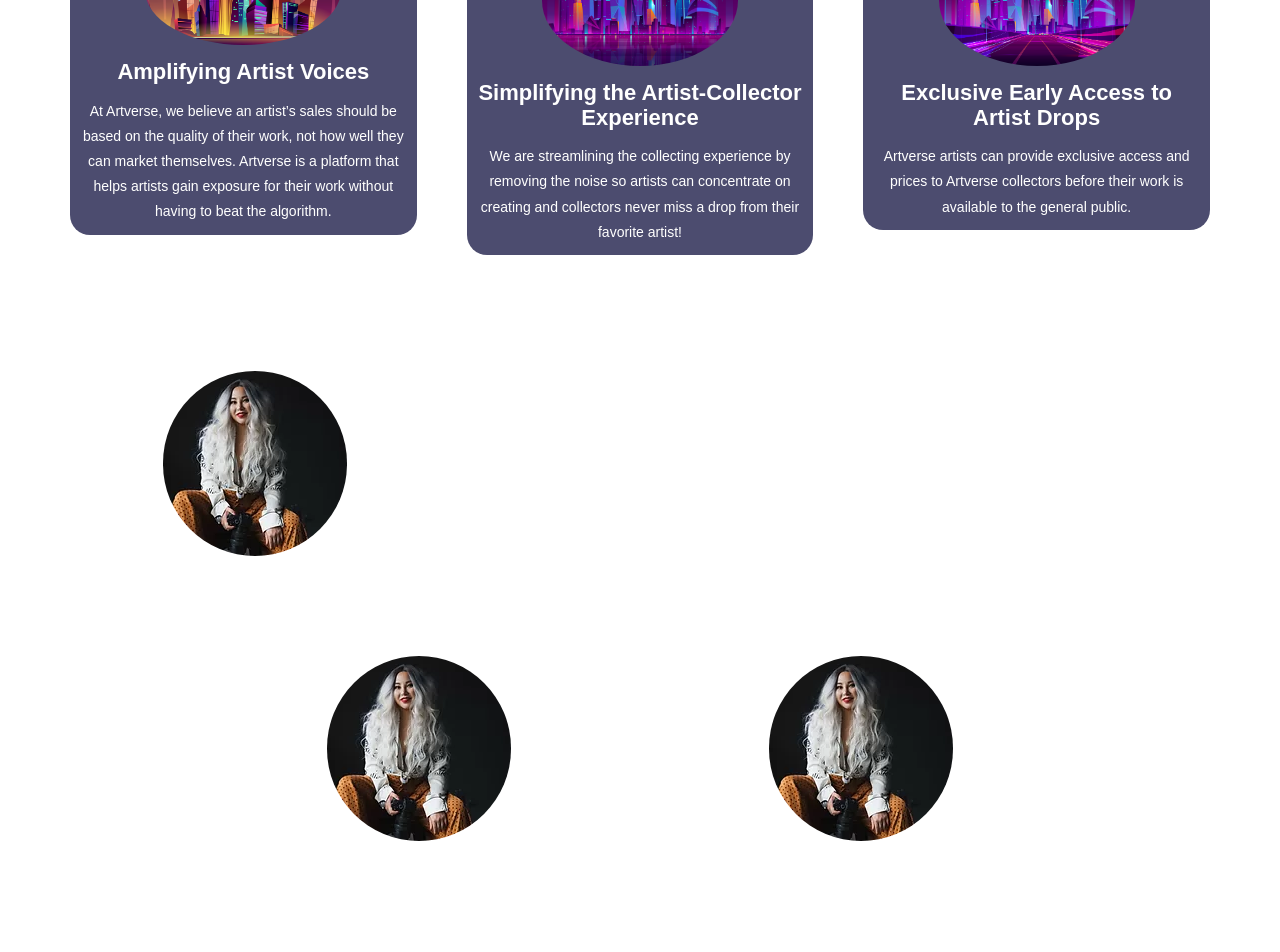
Repository: akinolapo/artverse
Page: /
An editor plug-in stored every save of this project. The page is shown before and after a run of saves, followed by the edit.
The browser window is 1280 px wide. The pictures show the part of the page from y = 1059 to 2011 px (the page is 2011 px tall).
The project was rebuilt for these pictures with package versions that can differ from the ones it lists, and the page was loaded fresh each time.

Above is the page before, as saved 2022-07-25 14:38:01.

### src/index.css
@tailwind base;
@tailwind components;
@tailwind utilities;

@import url('https://fonts.googleapis.com/css2?family=Poppins:wght@400;600&display=swap');


:root {
  --swiper-theme-color: #000;
}

html{
  scroll-behavior: smooth;
}

*{
  margin: 0;
  padding: 0;
  color: #fff;
  font-family: 'Poppins', sans-serif;
  line-height: 1.8rem;
  font-size: 14px;
  font-weight: 400;
}

#background-video{
  width: 100%;
  height: 100%;
  object-fit: cover;
  position: fixed;
  z-index: -1;
}

.btn{
  border: 1px solid #fff;
  border-radius: 10px;
  padding: 4px 15px;
}

.btn-search{
  border: 1px solid #fff;
  border-radius: 0 10px 10px 0px;
}

.search-box{
  border: 1px solid #fff;
  border-radius: 10px 0 0 10px;
}
.search-box:focus{
  border: 1px solid #fff;
}

.header-section{
  background: url(../public/assets/header.jpg);
  object-fit: cover;
  background-repeat: no-repeat;
  background-size: 100% 100%;
  height: 100vh;
  width: 100%;
}

h1,
h2,
h3,
h4{
  font-weight: 600;
  font-size: 22px;
}

.carouselImg{
  width: 60%;
  margin: auto;
  border-radius: 20% 20% 100% 100%;
}

.slide-bg{
  background: rgba(0, 0, 50, .7);
  padding: 10px;
  border-radius: 20px;
}

.slide-num{
  margin-left: -90%;
  font-size: 18px;
  color: #ddd;
}

@media (max-width: 375px) {
  .btn-search{
    border-radius: 10px;
  }

  .search-box{
    border-radius: 10px;
    margin-bottom: 10px;
  }

}

.social-icon{
  font-size: 25px;
}

### src/App.js
import About from './components/About/About';
import Header from './components/Header/Header';
import Team from './components/Team/Team';

function App() {
  return (
    <div className='w-full h-screen'>
      <video loop autoPlay muted id="background-video">
        <source src={process.env.PUBLIC_URL+`assets/artverse moving background.mp4`} type="video/mp4"/>
      </video>
      <Header />
      <About/>
      <Team/>
    </div>
  );
}

export default App;

### src/components/About/About.jsx
import React from 'react'
import Carousel from './Carousel/Carousel'

const About = () => {
    return (
        <div id='artverse' className='py-10 px-20'>
            <h2 className=' text-center text-3xl font-bold'>What is Artverse?</h2>
            <div className='pb-10'>
                <h3 className='text-2xl font-semibold py-5'>A Community of Art Lovers</h3>
                <p className='text-xl'>Art is incredibly powerful; it can make us dance, cry, and everything in between! We wish to cultivate a community of people who believe in the value of art, rather than continually ask ‘‘what is the utility? Instead of feeling like you are starting from ground zero on Twitter and NFTS, you are instantly connected to hundreds of like-minded people all around the world and get answers to your questions.
                </p>
            </div>
            <Carousel />
        </div>
    )
}

export default About

### src/components/Header/Header.jsx
import React from 'react'
import Logo from './Logo'
import SiteName from './SiteName'

const Header = () => {
  return (
    <div className='header-section px-8 pt-4'>
        <Logo/>
        <SiteName/>
    </div>
  )
}

export default Header

### src/components/Team/Team.jsx
import React from 'react'
import {AiOutlineTwitter, AiOutlineInstagram} from 'react-icons/ai'

const Team = () => {
    return (
        <div id='team' className='py-10 px-20'>
            <h2 className=' text-center text-3xl font-bold mb-4'>The Team</h2>
            <div className='grid grid-cols-1 gap-4 items-center md:grid-cols-3'>
                <div>
                    <div className='text-center'>
                        <img className='rounded-full m-auto' src={process.env.PUBLIC_URL+`assets/founder.webp`} alt='Founder'></img>
                        <h5>Rachel Wood</h5>
                        <h6>Founder</h6>
                        <div className='flex justify-center'>
                            <a href='https://twitter.com/0xWanderbitch' className='mr-2' target='_blank' rel="noreferrer"><AiOutlineTwitter className='social-icon'/></a>
                            <a href='https://www.instagram.com/thetravelingelf/' target='_blank' rel="noreferrer"><AiOutlineInstagram className='social-icon'/></a>
                        </div>
                    </div>
                </div>
                <div className='md:col-span-2'>
                    <h4 className='mb-4'>From the Founder</h4>
                    <p>
                        The past few months have been a whirlwind. After collecting many NFTs from 1/1 artists and releasing my own work, I noticed a glaring struggle for artists and collectors to connect amid the noise.
                        As a collector, I love finding artist to support, but I spend too much time trying to find artist's work rather than connecting with them. By the time I find art I like, it has usually already been sold.
                        On the other hand, as an artist, I feel drowned out by the noise and constant pressure to ‘shill’ myself. Burnout feels inevitable for artists after having to take on a second, full-time marketing job to beat the algorithms of social media.
                        Artverse connects artists and collectors in the metaverse. Artverse is my solution.
                    </p>
                </div>
            </div>
            <div>
                <h4 className='text-center'>Other Team Members</h4>
            <div className='flex justify-evenly'>
            <div className='text-center'>
                        <img className='rounded-full m-auto' src={process.env.PUBLIC_URL+`assets/founder.webp`} alt='Founder'></img>
                        <h5>Rachel Wood</h5>
                        <h6>Founder</h6>
                        <div className='flex justify-center'>
                            <a href='https://twitter.com/0xWanderbitch' className='mr-2' target='_blank' rel="noreferrer"><AiOutlineTwitter className='social-icon'/></a>
                            <a href='https://www.instagram.com/thetravelingelf/' target='_blank' rel="noreferrer"><AiOutlineInstagram className='social-icon'/></a>
                        </div>
                    </div>
                    <div className='text-center'>
                        <img className='rounded-full m-auto' src={process.env.PUBLIC_URL+`assets/founder.webp`} alt='Founder'></img>
                        <h5>Rachel Wood</h5>
                        <h6>Founder</h6>
                        <div className='flex justify-center'>
                            <a href='https://twitter.com/0xWanderbitch' className='mr-2' target='_blank' rel="noreferrer"><AiOutlineTwitter className='social-icon'/></a>
                            <a href='https://www.instagram.com/thetravelingelf/' target='_blank' rel="noreferrer"><AiOutlineInstagram className='social-icon'/></a>
                        </div>
                    </div>
            </div>
            </div>
        </div>
    )
}

export default Team

### src/components/About/Carousel/Carousel.jsx
import React from "react";
// Import Swiper React components
import { Swiper, SwiperSlide } from "swiper/react";

// Import Swiper styles
import "swiper/css";
import "swiper/css/pagination";
// import 'swiper/css/navigation';

// import "./styles.css";

// import required modules
import { Pagination,} from "swiper";

const Carousel = () => {
  return (
    <div>
         <Swiper
        slidesPerView={1}
        spaceBetween={10}
        pagination={{
          clickable: true,
        }}
        breakpoints={{
          640: {
            slidesPerView: 2,
            spaceBetween: 20,
          },
          768: {
            slidesPerView: 3,
            spaceBetween: 40,
          },
          1024: {
            slidesPerView: 3,
            spaceBetween: 50,
          },
        }}
        modules={[Pagination]}
        className="mySwiper"
      >
        <SwiperSlide className="text-center slide-bg">
          <span className="slide-num">01</span>
          <img className="carouselImg" src={process.env.PUBLIC_URL+`assets/294.jpg`} alt=''></img>
          <h4 className="py-4">Amplifying Artist Voices</h4>
          <p>At Artverse, we believe an artist’s sales should be based on the quality of their work, not how well they can market themselves. Artverse is a platform that helps artists gain exposure for their work without having to beat the algorithm.</p>
        </SwiperSlide>
        <SwiperSlide className="text-center slide-bg">
        <span className="slide-num">02</span>
        <img className="carouselImg" src={process.env.PUBLIC_URL+`assets/1401.jpg`} alt=''></img>
        <h4 className="py-4">Simplifying the Artist-Collector Experience</h4>
          <p>​We are streamlining the collecting experience by removing the noise so artists can concentrate on creating and collectors never miss a drop from their favorite artist!</p>
        </SwiperSlide>
        <SwiperSlide className="text-center slide-bg">
        <span className="slide-num">03</span>
        <img className="carouselImg" src={process.env.PUBLIC_URL+`assets/1403.jpg`} alt=''></img>
        <h4 className="py-4">Exclusive Early Access to Artist Drops</h4>
          <p>Artverse artists can provide exclusive access and prices to Artverse collectors before their work is available to the general public.</p>
        </SwiperSlide>
      </Swiper>
    </div>
  )
}

export default Carousel

### src/components/Header/Logo.jsx
import React from 'react'
import './Logo.css'
import { useState } from 'react'

const Logo = () => {
    const [isNavExpanded, setIsNavExpanded] = useState(false)
    return (
        <nav className="navigation px-2 md:px-20 text-white font-semibold">
            <a href='/'>
                <div className=''>
                <img src={process.env.PUBLIC_URL+`assets/logo.png`} alt='logo' width='120px' height='auto'></img>
                </div>
            </a>
            <button className="hamburger" onClick={() => {
                setIsNavExpanded(!isNavExpanded);
            }}>
                {/* icon from heroicons.com */}
                <svg
                    xmlns="http://www.w3.org/2000/svg"
                    className="h-5 w-5"
                    viewBox="0 0 20 20"
                    fill="white"
                >
                    <path
                        fillRule="evenodd"
                        d="M3 5a1 1 0 011-1h12a1 1 0 110 2H4a1 1 0 01-1-1zM3 10a1 1 0 011-1h12a1 1 0 110 2H4a1 1 0 01-1-1zM9 15a1 1 0 011-1h6a1 1 0 110 2h-6a1 1 0 01-1-1z"
                        clipRule="evenodd"
                    />
                </svg>
            </button>
            <div
                className={
                    isNavExpanded ? "navigation-menu expanded" : "navigation-menu"
                }>
                <ul>
                    <li><a href='#artverse'>Artverse</a></li>
                    <li><a href='#team'>The Team</a></li>
                    <li><a href='#ladies'>Lens Lasies</a></li>
                    <li><a href='#artists'>Artists</a></li>
                    <li><a href='#faqs'>FAQs</a></li>
                    <li><a href="/">Login</a></li>
                    <li><a className='btn' href="/">Sign Up</a></li>
                </ul>
            </div>
        </nav>
    )
}

export default Logo

### src/components/Header/SiteName.jsx
import React from 'react'
import Searchbox from './Searchbox'

const SiteName = () => {
  return (
    <div className='text-center mt-16'>
        <div className='pb-8'>
        <img className='m-auto' src={process.env.PUBLIC_URL+`assets/artverse.webp`} alt='artverse'></img>
        <h3 className='text-2xl'>Connecting artists and collectors in the metaverse</h3>
        <img className='m-auto' src={process.env.PUBLIC_URL+`assets/artverse2.webp`} alt='artverse2'></img>
        </div>
        <Searchbox/>
    </div>
  )
}

export default SiteName

### src/components/Header/Logo.css
.navigation {
    height: 60px;
    width: 100%;
    display: flex;
    align-items: center;
    position: relative;
    padding: 0.5rem 0rem;
    /* background-color: #fff; */
    color: #fff;
    /* box-shadow: 0 2px 2px 2px rgba(9, 9, 9, 0.23); */
  }

  .brand-name {
    text-decoration: none;
    color: #fff;
    font-size: 1.3rem;
    margin-left: 1rem;
  }
  .navigation-menu {
    margin-left: auto;
  }

  .navigation-menu ul {
    display: flex;
    padding: 0;
  }

  .navigation-menu li {
    /* // removes default disc bullet for li tags and applies margin to left & right side */
    list-style-type: none;
    margin: 0 1rem;
  }

  .navigation-menu li a {
    /* // increases the surface area of the anchor tag to span more than just the anchor text */
    text-decoration: none;
    display: block;
    width: 100%;
  }

  .hamburger {
    /* // removes default border on button element */
    border: 0;
    height: 40px;
    width: 40px;
    padding: 0.5rem;
    border-radius: 50%;
    background-color: #31b496;
    cursor: pointer;
    transition: background-color 0.2s ease-in-out;
  /* // positions the icon to the right and center aligns it vertically */
    position: absolute;
    top: 50%;
    right: 25px;
    transform: translateY(-50%);
    display: none;
  }
  .hamburger:hover {
    background-color: #31b496;
  }

  @media screen and (max-width: 768px) {
    .hamburger {
      display: block;
    }
  }

  @media screen and (max-width: 768px) {
    .navigation-menu ul {
      display: none;
    }
    .navigation-menu.expanded {
      z-index: 99;
  }
  }

  @media screen and (max-width: 768px) {
    .navigation-menu ul {
      /* // navigation menu is positioned to start 60px from the top of the document (which is directly below the navbar) */
      position: absolute;
      top: 60px;
      right: 0;
      display: block;
      /* // stacks the li tags vertically  */
      flex-direction: column;
     /* // makes menu span full height and width */
      width: 50%;
      /* float: right; */
      height: 100vh;
      background-color: rgb(15, 54, 56);
      /* border-top: 1px solid #31b496; */
      ;
    }
    .navigation-menu li {
      /* // centers link text and strips off margin */
      text-align: center;
      margin: 0;
    }
    .navigation-menu li a {
      color: #fff;
      /* // increases the surface area of the anchor tag to span the full width of the menu */
      width: 100%;
      padding: 1.5rem 0;
    }
    .navigation-menu li:hover {
      background-color: #fff;
    }
  }

  @media screen and (max-width: 768px) {
    .navigation-menu ul {
      /* previous styles */
      display: none;
    }
  }

  @media screen and (max-width: 768px) {
    .navigation-menu.expanded ul {
      display: block;
    }
  }

### src/components/Header/Searchbox.jsx
import React from 'react'

const Searchbox = () => {
  return (
    <div className=''>
        <input className='py-2 px-4 search-box text-black text-lg' type='search'></input>
        <input className='py-2 px-4 btn-search text-lg cursor-pointer' type='submit' value='Find Art'></input>
    </div>
  )
}

export default Searchbox

Loaded but not shown: public/index.html (common file); src/index.js (common file); tailwind.config.js (common file)

After the next 2 saves:
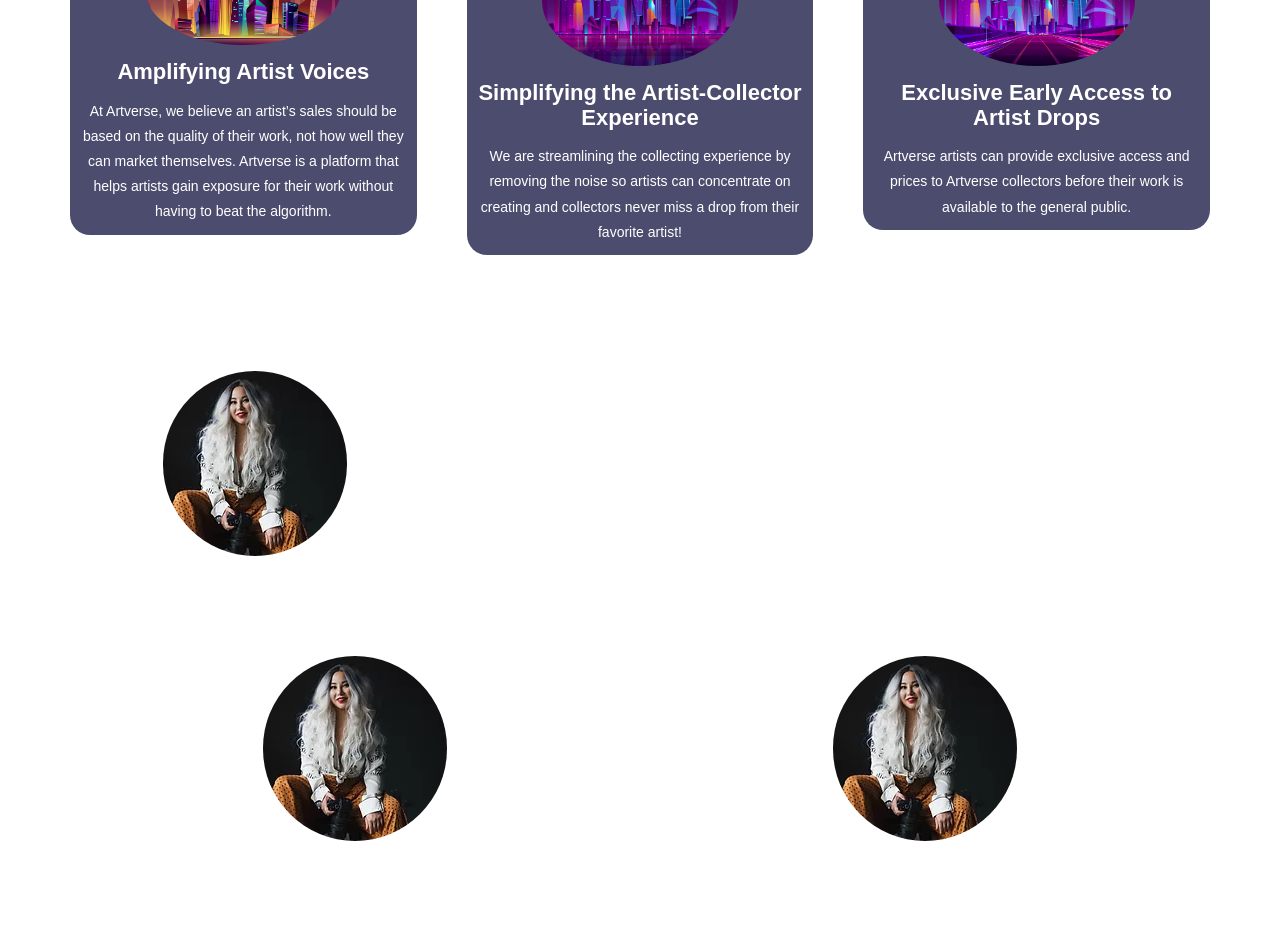
The 2 saves are shown as one change because they came seconds apart.
The last was saved 31 s later.
--- a/src/components/Team/Team.jsx
+++ b/src/components/Team/Team.jsx
@@ -29,7 +29,7 @@
             </div>
             <div>
                 <h4 className='text-center'>Other Team Members</h4>
-            <div className='flex justify-evenly'>
+            <div className='grid grid-cols-2'>
             <div className='text-center'>
                         <img className='rounded-full m-auto' src={process.env.PUBLIC_URL+`assets/founder.webp`} alt='Founder'></img>
                         <h5>Rachel Wood</h5>
